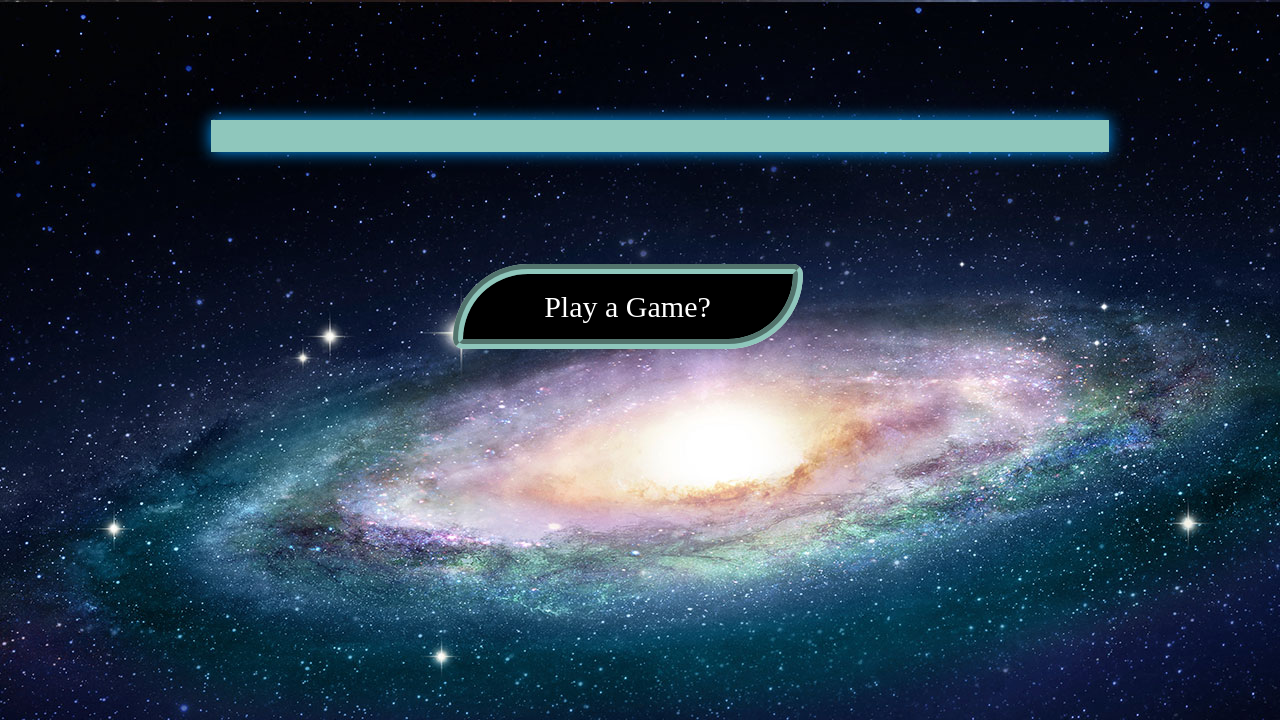
Repository: dsaftler/Trivia
Page: index.html
The author's editor kept a copy of each file at every save. The page is drawn from the files as they stood at one save, then again after the next save.
The browser window is 1280 px wide. The pictures show the whole page.
The pointer rests on the first visible `li`.
Some web fonts or font styles are not loaded; a fallback is used.

Above is the page before, as saved 2019-04-13 18:02:50.

After the next save:
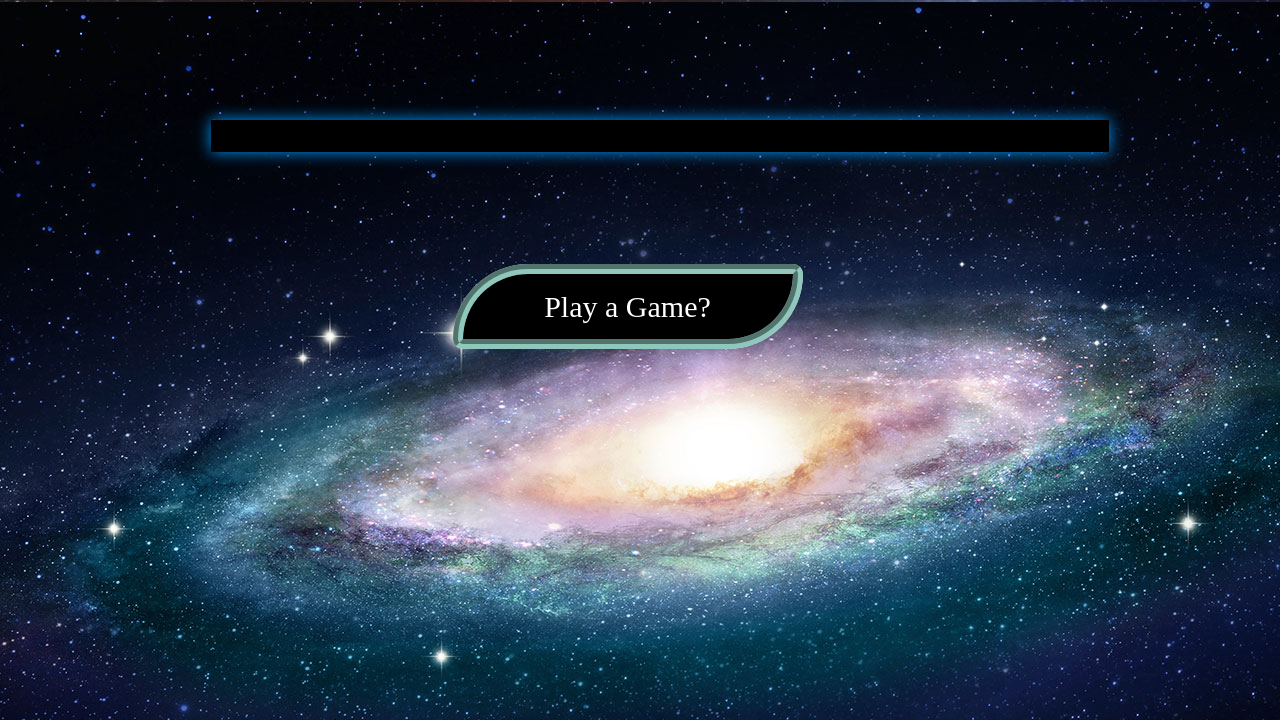
Saved 43 s later.
--- a/assets/css/style.css
+++ b/assets/css/style.css
@@ -77,7 +77,7 @@ ul li a:hover {
 }
 
 li:hover {
-  background-color:#8fc7bc;
+  background-color:black;
 }
 
 .playElements {
